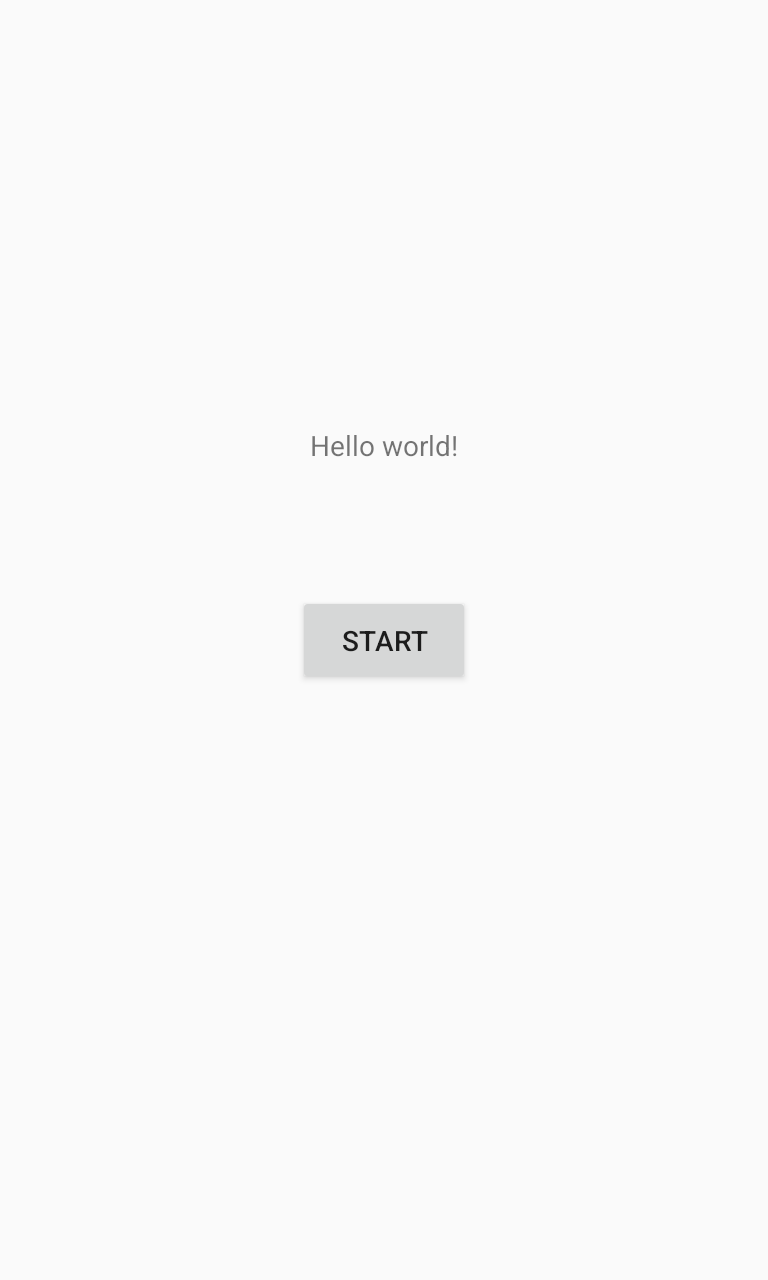
Repository: axxdeveloper/Brightest
Layout: StudyKeeper/res/layout/fragment_main.xml
These files come from the project's save history. The layout is drawn as it stood at one moment and after the next save; the edit follows.
It is drawn on a 768 x 1280 px phone screen (xhdpi) without system bars, with theme AppTheme; the app's code is not run.

Above is the layout before, as saved 2014-04-20 23:42:30.

### StudyKeeper/res/layout/fragment_main.xml
<RelativeLayout xmlns:android="http://schemas.android.com/apk/res/android"
    xmlns:tools="http://schemas.android.com/tools"
    android:layout_width="match_parent"
    android:layout_height="match_parent"
    android:paddingBottom="@dimen/activity_vertical_margin"
    android:paddingLeft="@dimen/activity_horizontal_margin"
    android:paddingRight="@dimen/activity_horizontal_margin"
    android:paddingTop="@dimen/activity_vertical_margin"
    tools:context="net.studykeeper.MainActivity$PlaceholderFragment" >

    <Button
        android:id="@+id/action_start"
        android:layout_width="wrap_content"
        android:layout_height="wrap_content"
        android:layout_centerHorizontal="true"
        android:layout_centerVertical="true"
        android:text="@string/action_start" />

    <TextView
        android:layout_width="wrap_content"
        android:layout_height="wrap_content"
        android:layout_above="@+id/action_start"
        android:layout_centerHorizontal="true"
        android:layout_marginBottom="64dp"
        android:text="@string/hello_world" />

</RelativeLayout>

### StudyKeeper/res/values/strings.xml
<?xml version="1.0" encoding="utf-8"?>
<resources>

    <string name="app_name">StudyKeeper</string>
    <string name="hello_world">Hello world!</string>
    <string name="action_settings">Settings</string>
    <string name="action_start">Start</string>

</resources>

Loaded but not shown: StudyKeeper/res/values/styles.xml (common file); StudyKeeper/res/values-v11/styles.xml (common file); StudyKeeper/res/values-v14/styles.xml (common file); StudyKeeper/res/values/dimens.xml (common file); StudyKeeper/res/values-w820dp/dimens.xml (common file)

After the next save:
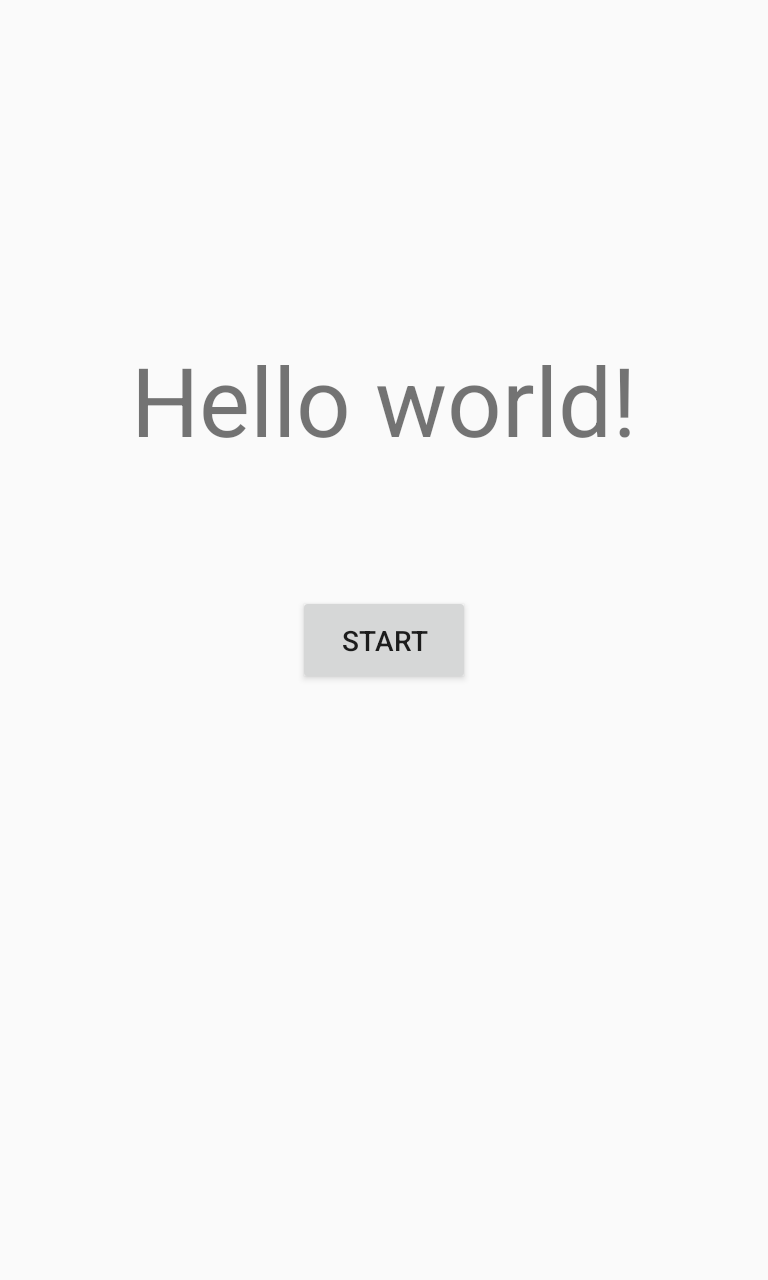
Saved 38 s later.
--- a/StudyKeeper/res/layout/fragment_main.xml
+++ b/StudyKeeper/res/layout/fragment_main.xml
@@ -22,6 +22,7 @@
         android:layout_above="@+id/action_start"
         android:layout_centerHorizontal="true"
         android:layout_marginBottom="64dp"
-        android:text="@string/hello_world" />
+        android:text="@string/hello_world"
+        android:textSize="@dimen/abc_action_bar_stacked_max_height" />
 
 </RelativeLayout>
